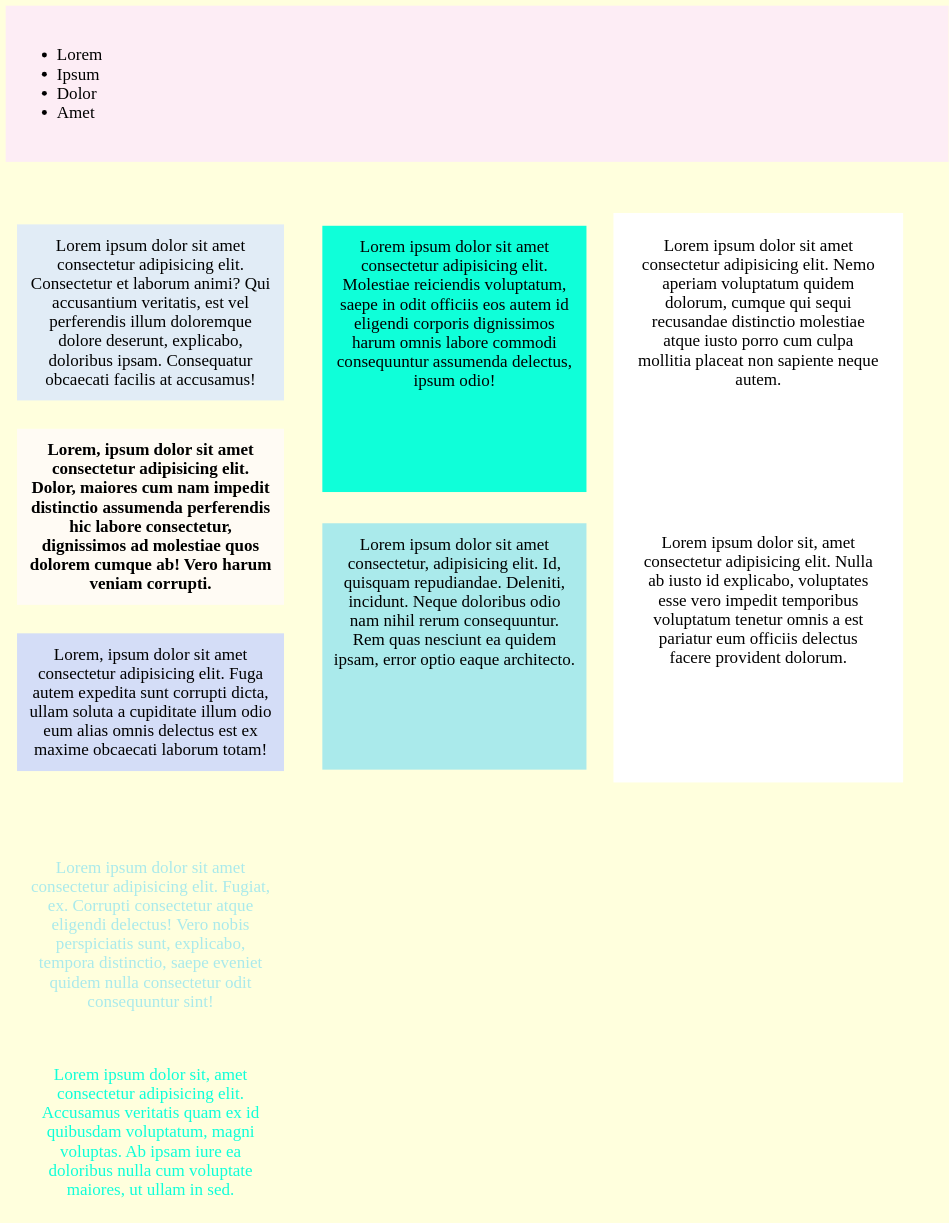
Repository: HTML-a-CSS-2/projekt-portfolio-Angelina555555
Page: .github/index.html
An editor plug-in stored every save of this project. The page is shown before and after the next save, followed by the edit.
The browser window is 1280 px wide. The page is 1336 px wide, then 1280 px, so the pictures cover 1336 px, including what lies to the right of the window. The pictures show the whole page, at 71% of full size.

Above is the page before, as saved 2022-05-15 17:56:57.

### .github/index.html
<!DOCTYPE html>
<html lang="en">
  <head>
    <meta charset="UTF-8" />
    <meta http-equiv="X-UA-Compatible" content="IE=edge" />
    <meta name="viewport" content="width=device-width, initial-scale=1.0" />
    <link rel="stylesheet" href="default.css" />
    <title>Document</title>
  </head>
  <body>
    <div class="menu">
      <ul id="menu">
        <li>Lorem</li>
        <li>Ipsum</li>
        <li>Dolor</li>
        <li>Amet</li>
      </ul>
    </div>

    <div class="article">
      <div class="article__element-jeden article__element-jeden--blue">
        Lorem ipsum dolor sit amet consectetur adipisicing elit. Consectetur et
        laborum animi? Qui accusantium veritatis, est vel perferendis illum
        doloremque dolore deserunt, explicabo, doloribus ipsam. Consequatur
        obcaecati facilis at accusamus!
      </div>
      <div
        class="article__element-dva article__element-dva--pink article__element-dva--big"
      >
        Lorem, ipsum dolor sit amet consectetur adipisicing elit. Dolor, maiores
        cum nam impedit distinctio assumenda perferendis hic labore consectetur,
        dignissimos ad molestiae quos dolorem cumque ab! Vero harum veniam
        corrupti.
      </div>
      <div class="article__element-tri article__element-tri--purple">
        Lorem, ipsum dolor sit amet consectetur adipisicing elit. Fuga autem
        expedita sunt corrupti dicta, ullam soluta a cupiditate illum odio eum
        alias omnis delectus est ex maxime obcaecati laborum totam!
      </div>
    </div>
    <div class="age">
      <div class="age__element-ctyri age__element-ctyri--green">
        Lorem ipsum dolor sit amet consectetur adipisicing elit. Molestiae
        reiciendis voluptatum, saepe in odit officiis eos autem id eligendi
        corporis dignissimos harum omnis labore commodi consequuntur assumenda
        delectus, ipsum odio!
      </div>
      <div class="age__element-pet age__element-pet--mint">
        Lorem ipsum dolor sit amet consectetur, adipisicing elit. Id, quisquam
        repudiandae. Deleniti, incidunt. Neque doloribus odio nam nihil rerum
        consequuntur. Rem quas nesciunt ea quidem ipsam, error optio eaque
        architecto.
      </div>
    </div>
    <div class="leader">
      <div class="leader__element-sest leader__element-sest--padding-small">
        Lorem ipsum dolor sit amet consectetur adipisicing elit. Nemo aperiam
        voluptatum quidem dolorum, cumque qui sequi recusandae distinctio
        molestiae atque iusto porro cum culpa mollitia placeat non sapiente
        neque autem.
      </div>
      <div class="leader__element-sedm leader__element-sedm--padding-small">
        Lorem ipsum dolor sit, amet consectetur adipisicing elit. Nulla ab iusto
        id explicabo, voluptates esse vero impedit temporibus voluptatum tenetur
        omnis a est pariatur eum officiis delectus facere provident dolorum.
      </div>
    </div>
    <div class="blok-posledni">
      <div class="blok-posledni__element-osm blok-posledni__element-osm--mint">
        Lorem ipsum dolor sit amet consectetur adipisicing elit. Fugiat, ex.
        Corrupti consectetur atque eligendi delectus! Vero nobis perspiciatis
        sunt, explicabo, tempora distinctio, saepe eveniet quidem nulla
        consectetur odit consequuntur sint!
      </div>
      <div
        class="blok-posledni__element-devet blok-posledni__element-devet--green"
      >
        Lorem ipsum dolor sit, amet consectetur adipisicing elit. Accusamus
        veritatis quam ex id quibusdam voluptatum, magni voluptas. Ab ipsam iure
        ea doloribus nulla cum voluptate maiores, ut ullam in sed.
      </div>
    </div>
  </body>
</html>

### .github/default.css
body {
  height: 100vh;

  background-color: #ffffdd;
  display: grid;

  grid-template-rows: repeat(3, 1fr);
  grid-template-columns: 1fr 1fr 1fr;
  gap: 10% 20px;
  grid-template-areas:
    "menu menu menu"
    "article__element-jeden article__element-dva article__element-tri"
    "age__element-ctyri . age__element-pet"
    "leader leader leader"
    "blok-posledni__element-osm blok-posledni__element-osm blok-posledni__element-osm"
    "blok-posledni__element-devet blok-posledni__element-devet blok-posledni__element-devet ";
}

.menu {
  display: flex;
  flex-wrap: wrap;
  grid-column: span 3;

  width: 100%;
  background-color: #fdedf5;
  padding: 2rem;
  font-size: 1.5rem;
}

.article,
.age,
.leader,
.blok-posledni {
  padding: 1rem;
  display: flex;
  flex-wrap: wrap;
  text-align: center;
  gap: 40px 50px;
}

.article__element-jeden,
.article__element-dva,
.article__element-tri {
  display: flex;
  justify-content: center;
  align-items: center;
  padding: 1rem 1rem;

  font-size: 1.5rem;
}

.article__element-jeden--blue {
  background-color: #e1ecf6;
}
.article__element-dva--pink {
  background-color: #fffbf4;
}
.article__element-tri--purple {
  background-color: #d4ddf7;
}

.article__element-dva--big {
  font-weight: bold;
}

.age__element-ctyri,
.age__element-pet,
.leader__element-sest,
.leader__element-sedm,
.blok-posledni__element-osm,
.blok-posledni__element-devet {
  padding: 1rem 1rem;
  margin: 2px;
  font-size: 1.5rem;
}

.age__element-ctyri--green {
  background-color: #0fffd9;
}
.age__element-pet--mint {
  background-color: #aaeaeb;
}
.leader {
  background-color: white;
}
.leader__element-sest--padding-small,
.leader__element-sedm--padding-small {
  padding: 0.9rem;
}
.blok-posledni__element-osm--mint {
  color: #aaeaeb;
}

.blok-posledni__element-devet--green {
  color: #0fffd9;
}

After the next save:
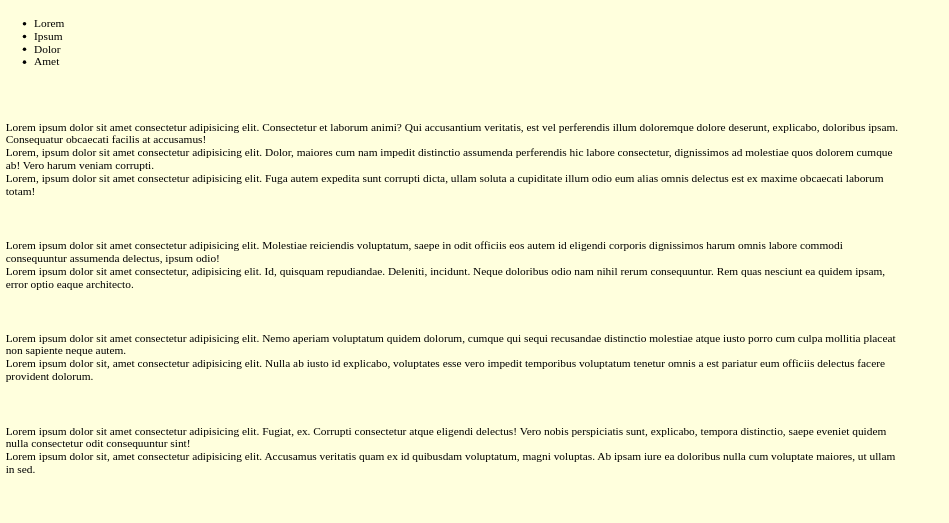
Saved 13 min 11 s later.
--- a/.github/default.css
+++ b/.github/default.css
@@ -3,9 +3,7 @@ body {
 
   background-color: #ffffdd;
   display: grid;
-
-  grid-template-rows: repeat(3, 1fr);
-  grid-template-columns: 1fr 1fr 1fr;
+  grid-template-columns: repeat(auto-fit, minmax(240px, 1fr);
   gap: 10% 20px;
   grid-template-areas:
     "menu menu menu"
